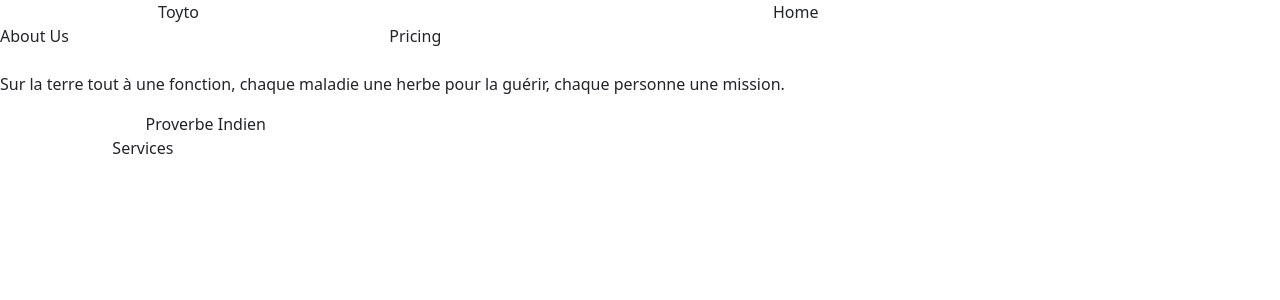
Repository: Omistusama/association
Page: index.html
An editor plug-in stored every save of this project. The page is shown before and after the next save, followed by the edit.
The browser window is 1280 px wide. The pictures show the whole page.
Some web libraries are served in a nearby version.

Above is the page before, as saved 2021-02-24 14:37:06.

After the next save:
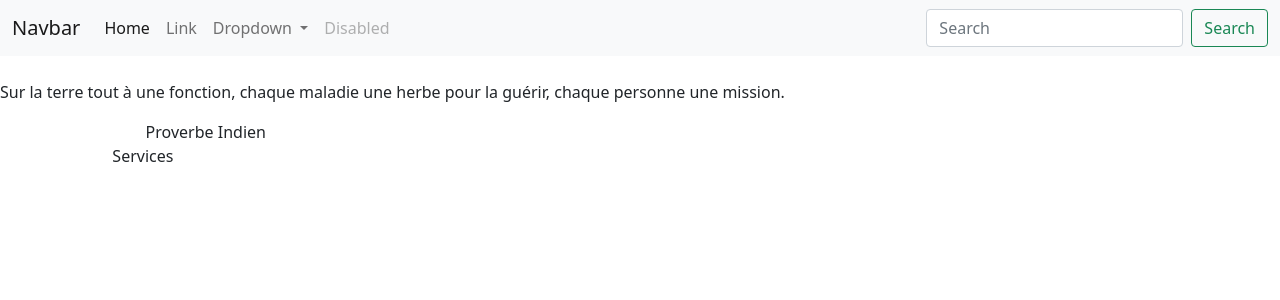
Saved 29 s later.
--- a/index.html
+++ b/index.html
@@ -17,27 +17,42 @@
     </head>
   <body>
         <header>
-            <nav class="navbar navbar-expand-lg navbar-light" style="background-color: #b7ffb0;">
-                <div class="container-fluid">
-                    <a class="navbar-brand" href="#">Toyto</a>
-                    <button class="navbar-toggler" type="button" data-bs-toggle="collapse" data-bs-target="#navbarText" aria-controls="navbarText" aria-expanded="false" aria-label="Toggle navigation">
-                        <span class="navbar-toggler-icon"></span>
-                    </button>
-                    <div class="collapse navbar-collapse" id="navbarText">
-                        <ul class="navbar-nav me-auto mb-2 mb-lg-0">
-                            <li class="nav-item">
-                                <a class="nav-link active" aria-current="page" href="#">Home</a>
-                            </li>
-                            <li class="nav-item">
-                                <a class="nav-link" href="#">About Us</a>
-                            </li>
-                            <li class="nav-item">
-                                <a class="nav-link" href="#">Pricing</a>
-                            </li>
+            <nav class="navbar navbar-expand-lg navbar-light bg-light">
+                <div class="container-fluid">
+                  <a class="navbar-brand" href="#">Navbar</a>
+                  <button class="navbar-toggler" type="button" data-bs-toggle="collapse" data-bs-target="#navbarSupportedContent" aria-controls="navbarSupportedContent" aria-expanded="false" aria-label="Toggle navigation">
+                    <span class="navbar-toggler-icon"></span>
+                  </button>
+                  <div class="collapse navbar-collapse" id="navbarSupportedContent">
+                    <ul class="navbar-nav me-auto mb-2 mb-lg-0">
+                      <li class="nav-item">
+                        <a class="nav-link active" aria-current="page" href="#">Home</a>
+                      </li>
+                      <li class="nav-item">
+                        <a class="nav-link" href="#">Link</a>
+                      </li>
+                      <li class="nav-item dropdown">
+                        <a class="nav-link dropdown-toggle" href="#" id="navbarDropdown" role="button" data-bs-toggle="dropdown" aria-expanded="false">
+                          Dropdown
+                        </a>
+                        <ul class="dropdown-menu" aria-labelledby="navbarDropdown">
+                          <li><a class="dropdown-item" href="#">Action</a></li>
+                          <li><a class="dropdown-item" href="#">Another action</a></li>
+                          <li><hr class="dropdown-divider"></li>
+                          <li><a class="dropdown-item" href="#">Something else here</a></li>
                         </ul>
-                    </div>
+                      </li>
+                      <li class="nav-item">
+                        <a class="nav-link disabled" href="#" tabindex="-1" aria-disabled="true">Disabled</a>
+                      </li>
+                    </ul>
+                    <form class="d-flex">
+                      <input class="form-control me-2" type="search" placeholder="Search" aria-label="Search">
+                      <button class="btn btn-outline-success" type="submit">Search</button>
+                    </form>
+                  </div>
                 </div>
-            </nav>
+              </nav>
         </header>
         <div class="container">
             <figure class="text-center">
